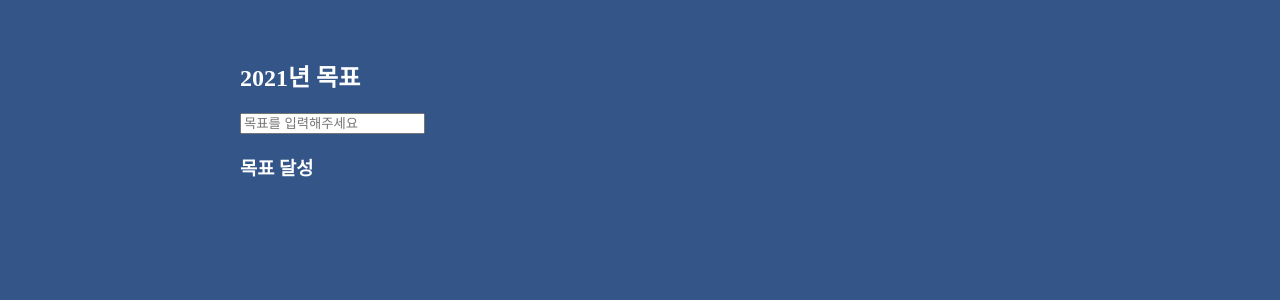
Repository: minsuk1/portfolio
Page: a.html
The author's editor kept a copy of each file at every save. The page is drawn from the files as they stood at one save, then again after the next save.
The browser window is 1280 px wide. The pictures show the whole page.
Some web libraries are served in a nearby version.

Above is the page before, as saved 2021-01-02 14:05:30.

After the next save:
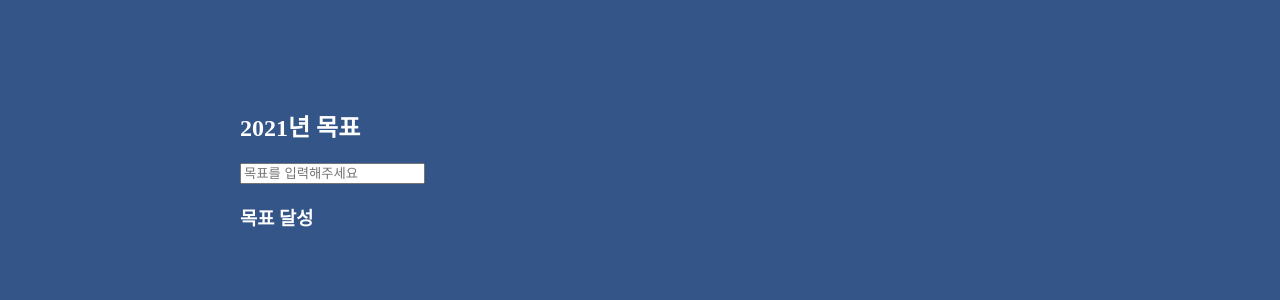
Saved 5 s later.
--- a/a.html
+++ b/a.html
@@ -1,7 +1,7 @@
 <html>
     <head>
         <style>
-            body { background: #358; color: #fff; padding: 50px;  }
+            body { background: #358; color: #fff; padding: 100px;  }
             a { color: #fff; font-size: 40px; }
 
             section {
